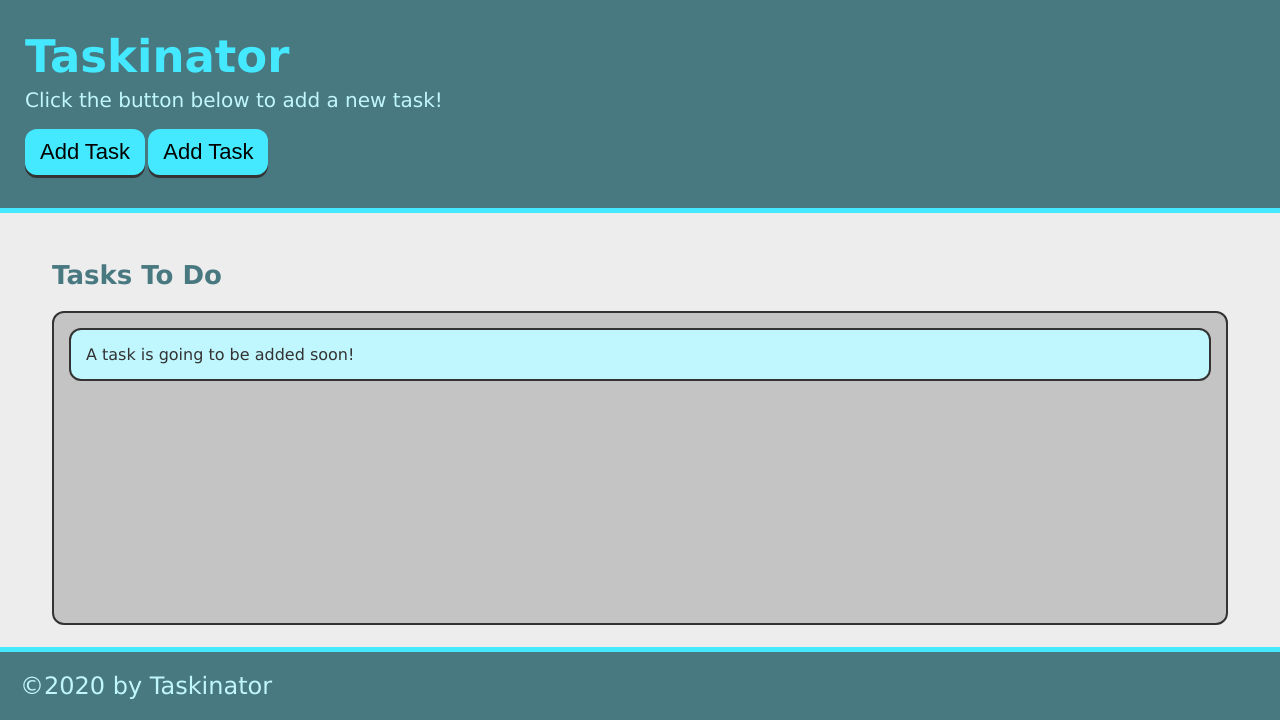
Repository: stuart-rickard/taskinator
Page: index.html
An editor plug-in stored every save of this project. The page is shown before and after the next save, followed by the edit.
The browser window is 1280 px wide. The pictures show the whole page.

Above is the page before, as saved 2021-11-16 00:52:48.

### index.html
<!DOCTYPE html>
<html lang="en">
<head>
    <meta charset="UTF-8">
    <meta http-equiv="X-UA-Compatible" content="IE=edge">
    <meta name="viewport" content="width=device-width, initial-scale=1.0">
    <title>Taskinator</title>
    <link rel="stylesheet" href="./assets/css/style.css">
</head>
<body>
    <header>
        <h1 class="page-title">Taskinator</h1>
        <p>Click the button below to add a new task!</p>
        <button class="btn" >Add Task</button>
        <button class="btn" >Add Task</button>
    </header>
    <main class="page-content">
        <section class="task-list-wrapper">
          <h2 class="list-title">Tasks To Do</h2>
          <ul class="task-list">
            <li class="task-item">A task is going to be added soon!</li>
          </ul>
        </section>
    </main>
    <footer>
        &copy;2020 by Taskinator
    </footer>

    <script src="./assets/js/script.js"></script>
</body>
</html>

### assets/css/style.css
* {
  box-sizing: border-box;
}

:root {
  --primary: #44e9ff;
  --secondary: #497980;
  --tertiary: rgb(192, 246, 253);
  --grey: #333;
  font-size: 62.5%;
}

body {
  background: #ededed;
  color: var(--grey);
  margin: 0;
  padding: 0;
  display: flex;
  min-height: 100vh;
  flex-direction: column;
  font-family: Verdana, Geneva, Tahoma, sans-serif;
}

header {
  background: var(--secondary);
  padding: 30px 25px;
  border-bottom: 5px solid var(--primary);
}

header p {
  color: var(--tertiary);
  margin: 5px 0 20px;
  font-size: 2rem;
}

p,
li {
  font-size: 1.6rem;
}

form {
  display: flex;
  align-items: flex-end;
  flex-wrap: wrap;
}

form input {
  outline: none;
  border: none;
  padding: 12px;
  width: 100%;
  font-size: 2.2rem;
  border: 2px solid var(--grey);
  border-radius: 12px;
}

form .form-group {
  margin: 10px 6px 10px 0;
  flex: 1;
}

footer {
  width: 100%;
  background: var(--secondary);
  color: var(--tertiary);
  font-size: 2.4rem;
  padding: 20px;
  border-top: 5px solid var(--primary);
}

.page-title {
  color: var(--primary);
  margin-bottom: 5px;
  margin-top: 0;
  font-size: 4.5rem;
}

.page-content {
  flex: 1;
  display: flex;
  flex-wrap: wrap;
  justify-content: center;
  margin: 25px auto;
  width: 95%;
}

.task-list-wrapper {
  flex: 1;
  margin: 0 20px 20px;
}

.list-title {
  color: var(--secondary);
  font-size: 2.6rem;
}

.task-list {
  list-style: none;
  padding: 15px;
  height: calc(100% - 50px);
  background: rgb(196, 196, 196);
  border-radius: 12px;
  border: 2px solid var(--grey);
}

.task-item {
  color: var(--grey);
  padding: 15px 15px;
  border: 2px solid var(--grey);
  background: var(--tertiary);
  border-radius: 12px;
  margin-bottom: 20px;
}

.task-name {
  margin: 0;
  font-size: 1.8rem;
}

.task-type {
  color: var(--secondary);
  font-size: 1.55rem;
}
.task-actions {
  display: flex;
  flex-wrap: wrap;
  align-items: center;
  margin: 10px 0 5px 0;
  justify-content: space-between;
}

.task-actions button,
.task-actions select {
  flex: 1;
}

.btn {
  outline: none;
  border: none;
  display: inline-block;
  padding: 10px 15px;
  background: var(--primary);
  font-size: 2.2rem;
  border-radius: 12px;
  position: relative;
  top: -3px;
  box-shadow: 0 3px var(--grey);
}

.btn:hover {
  box-shadow: 0 2px var(--grey);
  top: -2px;
}
.btn:active {
  box-shadow: 0 0px var(--grey);
  top: 0;
}

.edit-btn,
.delete-btn {
  font-size: 1.4rem;
  padding: 5px 7px;
  margin: 3px;
  background: var(--secondary);
  color: #fff;
}

.select-dropdown,
.select-status {
  display: block;
  font-size: 2.2rem;
  color: #444;
  padding: 12px;
  width: 100%;
  max-width: 100%;
  margin: 0;
  border: 2px solid var(--grey);
  border-radius: 12px;
  -moz-appearance: none;
  -webkit-appearance: none;
  appearance: none;
  background-color: #fff;
  background-image: url("../images/select-arrow.svg");
  background-repeat: no-repeat, repeat;
  background-position: right 0.7em top 50%, 0 0;
  background-size: 0.65em auto, 100%;
}

.select-status {
  font-size: 1.4rem;
  padding: 4px 28px 4px 4px;
  width: auto;
}

.select-dropdown::-ms-expand,
.select-status::-ms-expand {
  display: none;
}

.select-dropdown:hover,
.select-status:hover {
  border-color: #888;
}

.select-dropdown:focus,
.select-status:focus {
  border-color: #aaa;
  box-shadow: 0 0 1px 3px rgba(59, 153, 252, 0.7);
  box-shadow: 0 0 0 3px -moz-mac-focusring;
  color: #222;
  outline: none;
}
.select-dropdown option,
.select-status option {
  font-weight: normal;
  font-size: 2rem;
}

@media screen and (max-width: 980px) {
  form .form-group {
    flex: 1 100%;
  }

  form .form-group button {
    width: 100%;
  }

  .task-list-wrapper {
    flex-basis: 100%;
  }

}

### assets/js/script.js
console.dir(window.document);

After the next save:
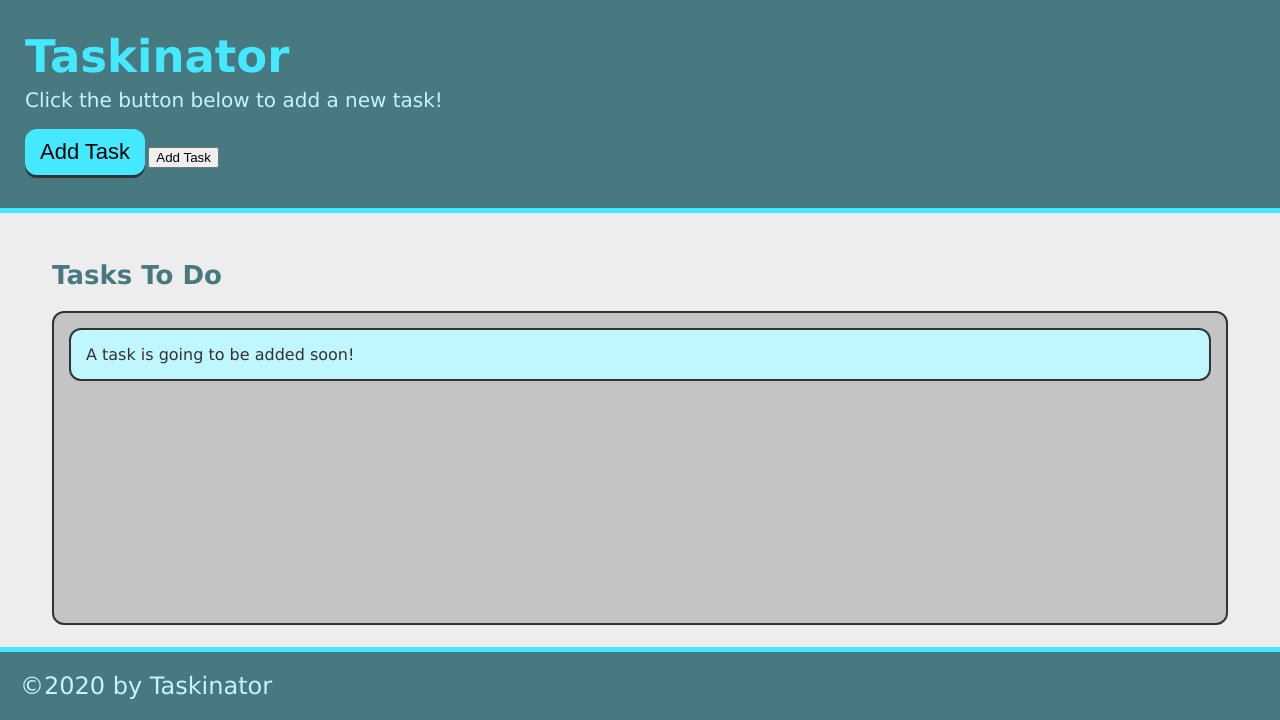
Saved 64 s later.
--- a/index.html
+++ b/index.html
@@ -12,7 +12,7 @@
         <h1 class="page-title">Taskinator</h1>
         <p>Click the button below to add a new task!</p>
         <button class="btn" >Add Task</button>
-        <button class="btn" >Add Task</button>
+        <button class="btn2" >Add Task</button>
     </header>
     <main class="page-content">
         <section class="task-list-wrapper">
